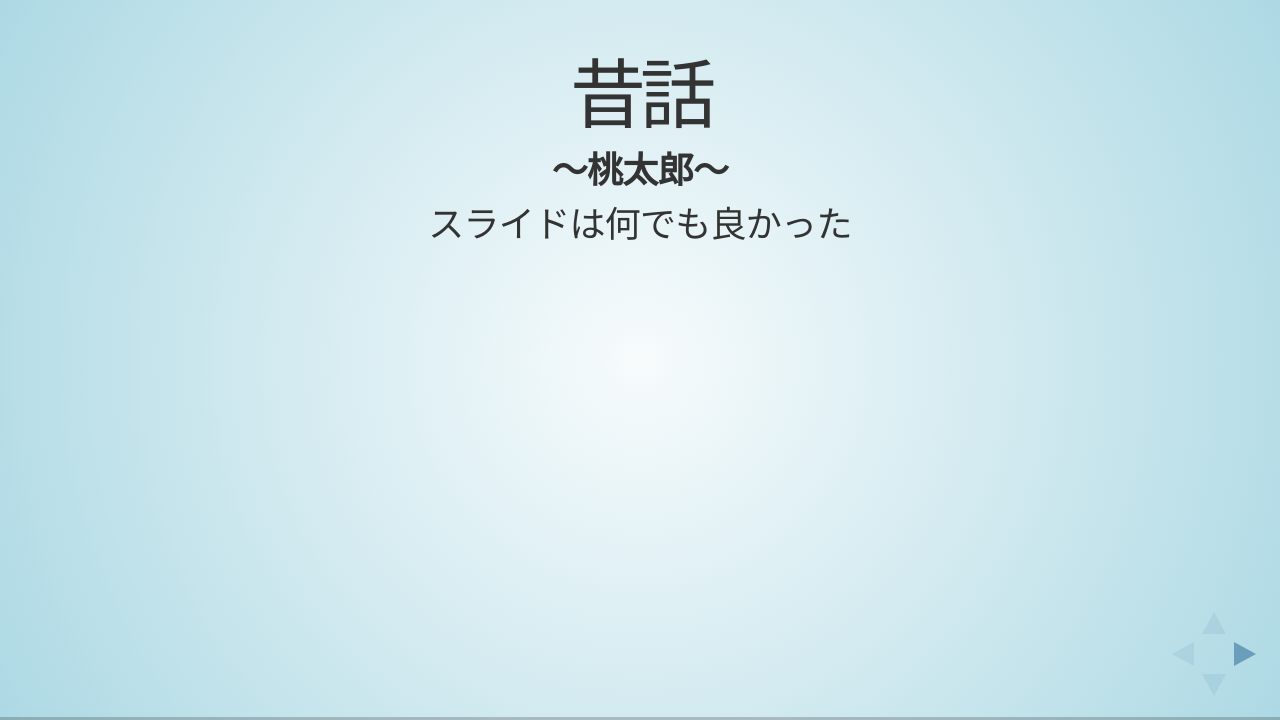
Repository: yanom/yanom-node
Page: client/index.html
The author's editor kept a record of every edit. The page is drawn from the files as they stood at one moment, then again after the next edit.
The browser window is 1280 px wide. The pictures show the whole page.

Above is the page before.

After the next edit:
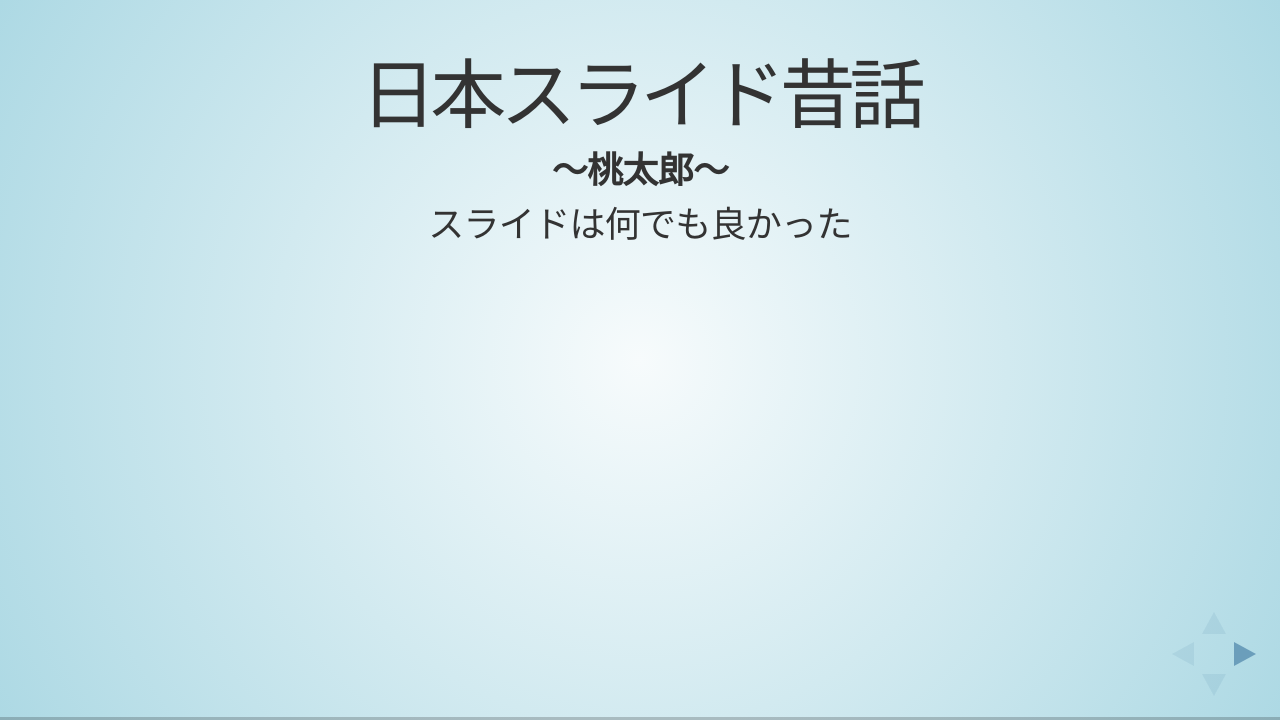
The edit:
--- a/client/index.html
+++ b/client/index.html
@@ -24,7 +24,7 @@
 		<div class="slides">
 
 			<section data-markdown>
-        ## 昔話
+        ## 日本スライド昔話
 
         **～桃太郎～**
 
